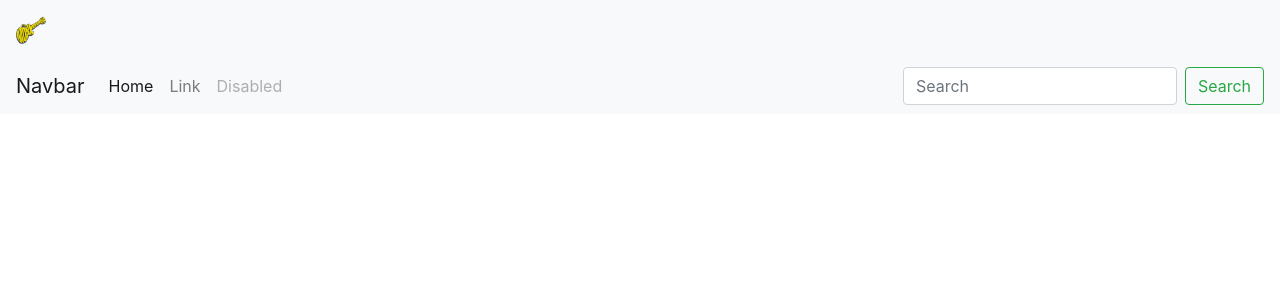
Repository: ClaraBausson/milestone_project_1
Page: index.html
The author's editor kept a record of every edit. The page is drawn from the files as they stood at one moment, then again after the next edit.
The browser window is 1280 px wide. The pictures show the whole page.
Some web libraries are served in a nearby version.

Above is the page before.

### index.html
<!DOCTYPE html>
<html lang="en">

<head>
    <meta charset="UTF-8">
    <meta name="viewport" content="width=device-width, initial-scale=1.0">
    <meta http-equiv="X-UA-Compatible" content="ie=edge">

    <title>Document</title>

    <!-------------------------- CSS links ------------------------------------>
    <script src="https://code.jquery.com/jquery-3.3.1.slim.min.js" integrity="sha384-q8i/X+965DzO0rT7abK41JStQIAqVgRVzpbzo5smXKp4YfRvH+8abtTE1Pi6jizo" crossorigin="anonymous"></script>
    <script src="https://cdnjs.cloudflare.com/ajax/libs/popper.js/1.14.7/umd/popper.min.js" integrity="sha384-UO2eT0CpHqdSJQ6hJty5KVphtPhzWj9WO1clHTMGa3JDZwrnQq4sF86dIHNDz0W1" crossorigin="anonymous"></script>
    <link rel="stylesheet" href="https://stackpath.bootstrapcdn.com/bootstrap/4.3.1/css/bootstrap.min.css" integrity="sha384-ggOyR0iXCbMQv3Xipma34MD+dH/1fQ784/j6cY/iJTQUOhcWr7x9JvoRxT2MZw1T" crossorigin="anonymous">
    <script src="https://stackpath.bootstrapcdn.com/bootstrap/4.3.1/js/bootstrap.min.js" integrity="sha384-JjSmVgyd0p3pXB1rRibZUAYoIIy6OrQ6VrjIEaFf/nJGzIxFDsf4x0xIM+B07jRM" crossorigin="anonymous"></script>

    <link rel="stylesheet" href="https://stackpath.bootstrapcdn.com/font-awesome/4.7.0/css/font-awesome.min.css" type="text/css" />
    <link rel="stylesheet" href="https://cdnjs.cloudflare.com/ajax/libs/hover.css/2.1.1/css/hover-min.css" type="text/css" />
    <link rel="stylesheet" href="css/main.css" type="text/css" />
</head>

<body>
    <!------------------------ NAVBAR/HEADER ---------------------------------->
    <header class="header">

        <nav class="navbar navbar-light bg-light">
            <a class="navbar-brand" href="#"><img src="/assets/images/monkees-logo.png" width="30" height="30" alt=""></a>
        </nav>

        <nav class="navbar navbar-expand-lg navbar-light bg-light">
            <button class="navbar-toggler" type="button" data-toggle="collapse" data-target="#navbarTogglerDemo03" aria-controls="navbarTogglerDemo03" aria-expanded="false" aria-label="Toggle navigation">
    <span class="navbar-toggler-icon"></span>
  </button>
            <a class="navbar-brand" href="#">Navbar</a>

            <div class="collapse navbar-collapse" id="navbarTogglerDemo03">
                <ul class="navbar-nav mr-auto mt-2 mt-lg-0">
                    <li class="nav-item active">
                        <a class="nav-link" href="#">Home <span class="sr-only">(current)</span></a>
                    </li>
                    <li class="nav-item">
                        <a class="nav-link" href="#">Link</a>
                    </li>
                    <li class="nav-item">
                        <a class="nav-link disabled" href="#" tabindex="-1" aria-disabled="true">Disabled</a>
                    </li>
                </ul>
                <form class="form-inline my-2 my-lg-0">
                    <input class="form-control mr-sm-2" type="search" placeholder="Search" aria-label="Search">
                    <button class="btn btn-outline-success my-2 my-sm-0" type="submit">Search</button>
                </form>
            </div>
        </nav>

    </header>

    <!----------------------- CONTENT SECTION --------------------------------->
    <section>

    </section>

    <!--------------------------- FOOTER -------------------------------------->
    <footer>

    </footer>
</body>

</html>

### css/main.css
@import url('https://fonts.googleapis.com/css?family=Oswald:300,400,500,600,700|Poppins:300,400,500,600,700,800,900&display=swap&subset=latin-ext');



/*---------------------Special paddings/margins/text--------------------------*/

.no-padding {
    padding: 0;
}

.uppercase-text {
    text-transform: uppercase;
}

.header-text {

}

.subheader-text {

}

/*----------------------------------Colors------------------------------------*/


/*---------------------------------Headers------------------------------------*/


/*-------------------------------Hover effects--------------------------------*/


/*----------------------------------Footer------------------------------------*/

After the next edit:
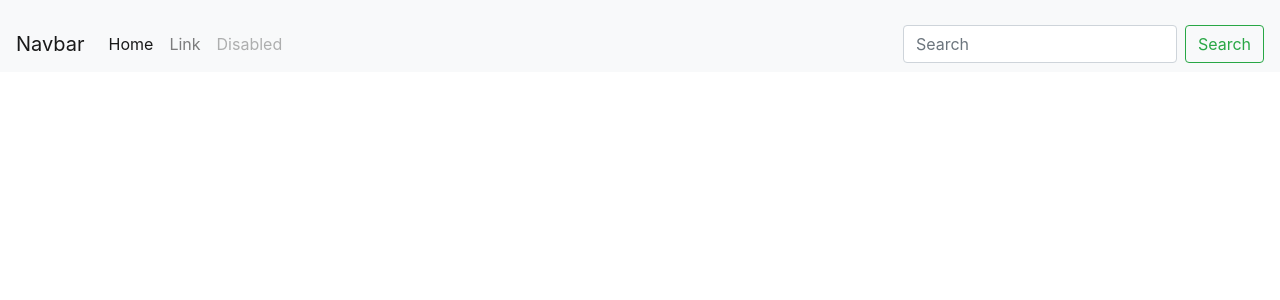
The edit:
--- a/index.html
+++ b/index.html
@@ -24,7 +24,7 @@
     <header class="header">
 
         <nav class="navbar navbar-light bg-light">
-            <a class="navbar-brand" href="#"><img src="/assets/images/monkees-logo.png" width="30" height="30" alt=""></a>
+
         </nav>
 
         <nav class="navbar navbar-expand-lg navbar-light bg-light">
